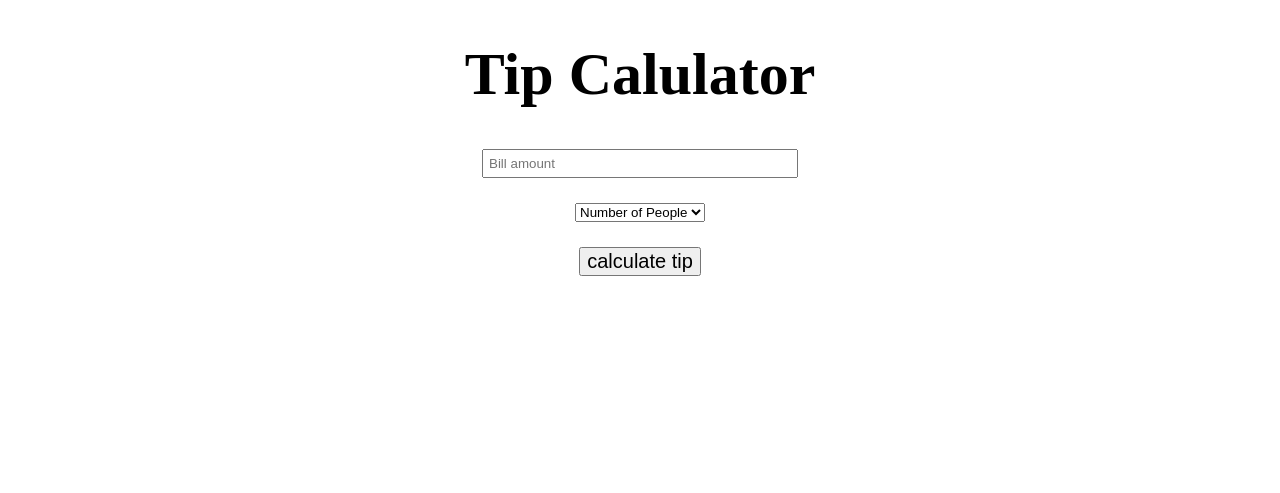
Repository: NiutaR/tip-calculator
Page: index.html
These files come from the project's save history. The page is drawn as it stood at one moment and after a run of saves; the edit follows.
The browser window is 1280 px wide. The pictures show the whole page.

Above is the page before, as saved 2021-07-28 19:05:13.

After the next 2 saves:
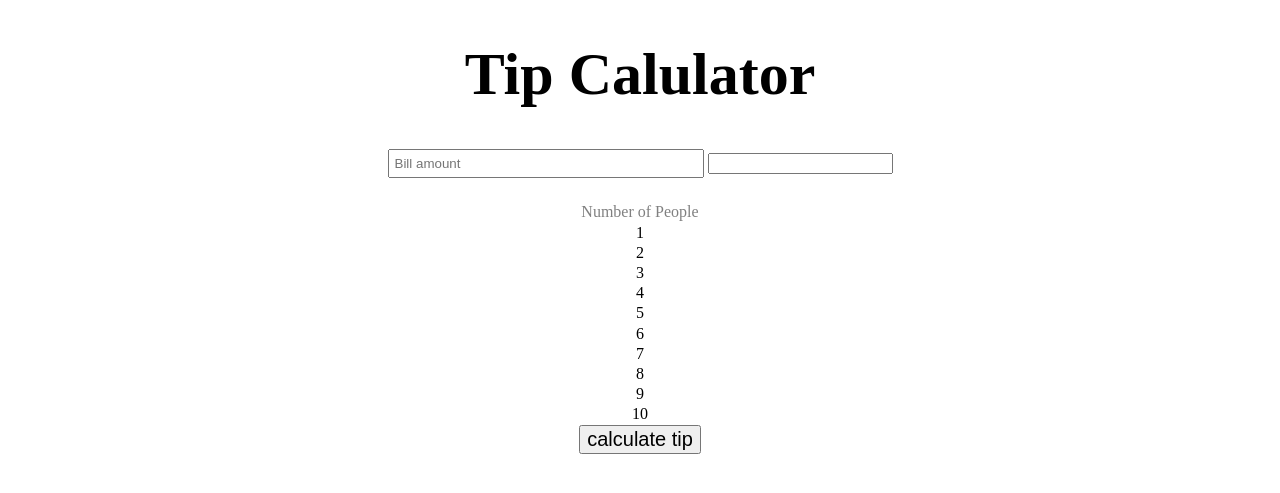
The 2 saves are shown as one change because they came seconds apart.
The last was saved 6 s later.
--- a/index.html
+++ b/index.html
@@ -79,7 +79,7 @@
         <div class="container">
             <h1>Tip Calulator</h1>
             <input type="text" placeholder="Bill amount" class="text-input">
-
+            <input ty
             <select>
               <option value="" disabled="disabled" selected="selected">Number of People</option>
                 <option value="1">1</option>

After the save that followed:
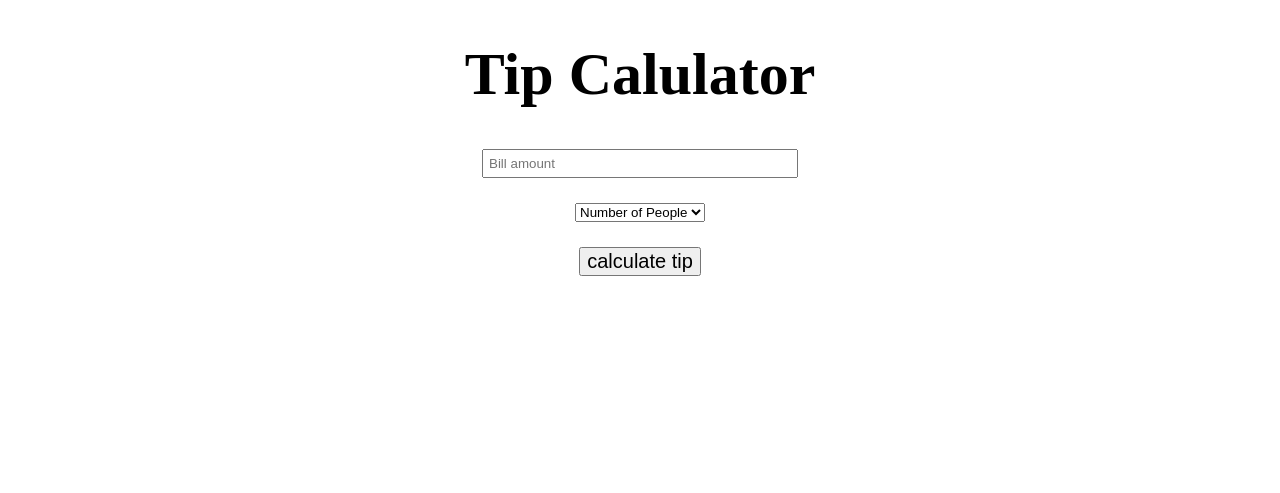
Saved 4 s later.
--- a/index.html
+++ b/index.html
@@ -79,7 +79,7 @@
         <div class="container">
             <h1>Tip Calulator</h1>
             <input type="text" placeholder="Bill amount" class="text-input">
-            <input ty
+            <select
             <select>
               <option value="" disabled="disabled" selected="selected">Number of People</option>
                 <option value="1">1</option>
